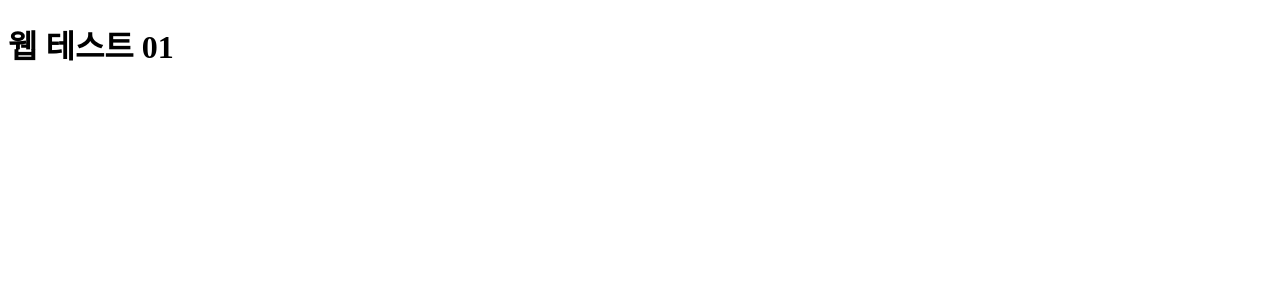
Repository: HyoJun-A/java8
Page: http://localhost/test01/
An editor plug-in stored every save of this project. The page is shown before and after the next save, followed by the edit.
The browser window is 1280 px wide. The pictures show the whole page.
The page is served by Tomcat 9.

Above is the page before, as saved 2022-08-30 06:19:47.

After the next save:
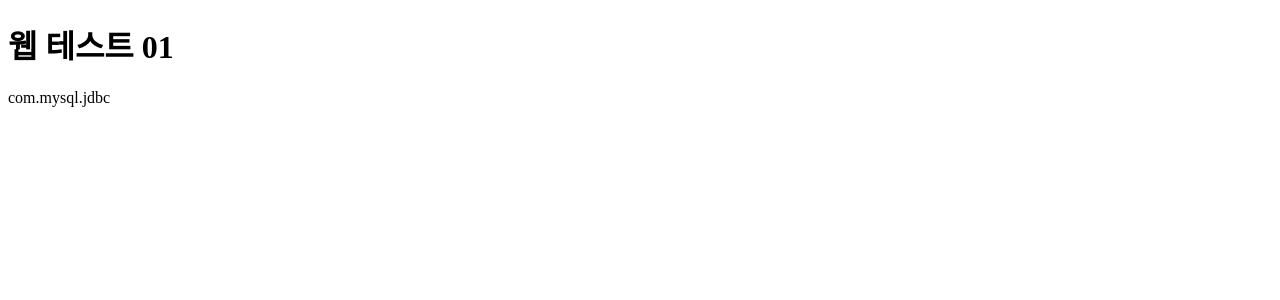
Saved 2 min 38 s later.
--- a/test01/WebContent/index.jsp
+++ b/test01/WebContent/index.jsp
@@ -13,6 +13,13 @@
 	String DB_URL = "jdbc:mysql://localhost:3306/test";
 	String DB_USER = "root";
 	String DB_PW = "a1234";
+	Connection conn;
+	Statement stmt;
+	try {
+		Class.forName("com.mysql.jdbc");
+	} catch(Exception e){
+		out.println(e.getMessage());
+	}
 %>
 </body>
 </html>

After the save that followed:
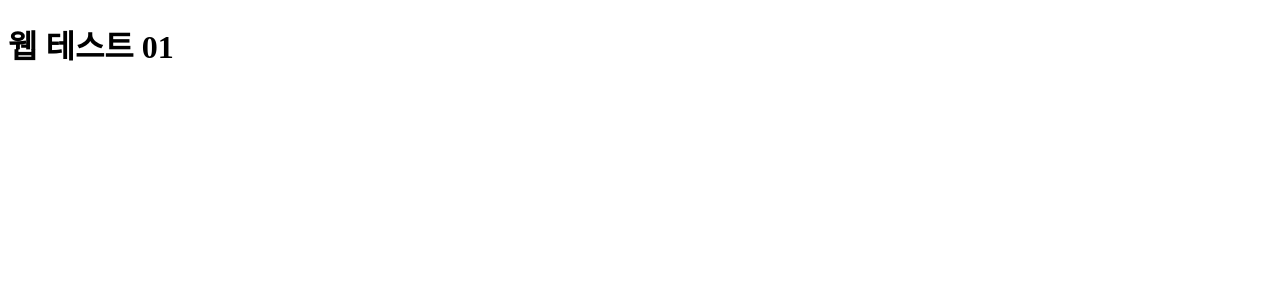
Saved 73 s later.
--- a/test01/WebContent/index.jsp
+++ b/test01/WebContent/index.jsp
@@ -16,7 +16,8 @@
 	Connection conn;
 	Statement stmt;
 	try {
-		Class.forName("com.mysql.jdbc");
+		Class.forName("com.mysql.jdbc.Driver");
+		conn = DriverManager.getConnection(DB_URL, DB_USER, DB_PW);
 	} catch(Exception e){
 		out.println(e.getMessage());
 	}
